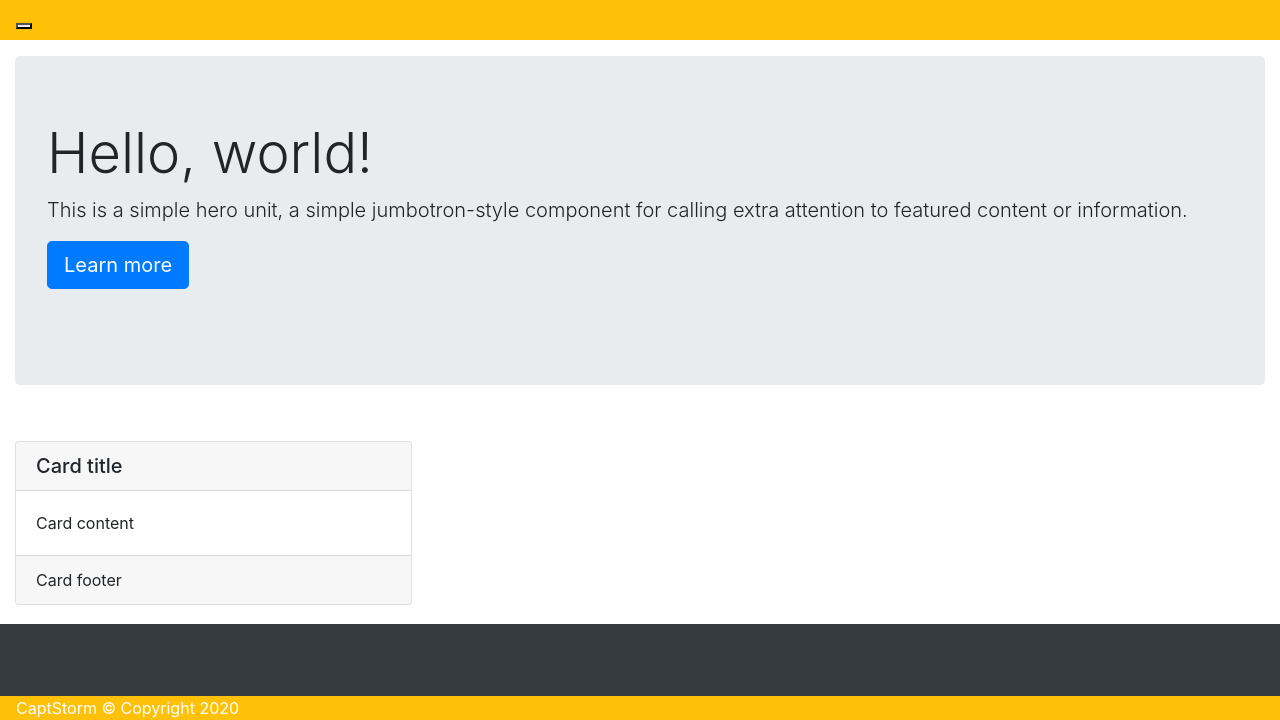
Repository: CaptainStorm21/complete-react16-bootstrap-passing-props
Page: /
These files come from the project's save history. The page is drawn as it stood at one moment and after a run of saves; the edit follows.
The browser window is 1280 px wide. The pictures show the whole page.
The project was rebuilt for these pictures with package versions that can differ from the ones it lists, and the page was loaded fresh each time.

Above is the page before, as saved 2020-04-23 13:58:58.

### public/index.html
<!DOCTYPE html>
<html lang="en">
<head>
  <title>Bootstrap Example</title>
  <meta charset="utf-8">
  <meta name="viewport" content="width=device-width, initial-scale=1">
  <link rel="stylesheet" href="https://maxcdn.bootstrapcdn.com/bootstrap/4.4.1/css/bootstrap.min.css">
  <script src="https://ajax.googleapis.com/ajax/libs/jquery/3.4.1/jquery.min.js"></script>
  <script src="https://cdnjs.cloudflare.com/ajax/libs/popper.js/1.16.0/umd/popper.min.js"></script>
  <script src="https://maxcdn.bootstrapcdn.com/bootstrap/4.4.1/js/bootstrap.min.js"></script>
</head>
<body>
<div id="root"></div>

</body>
</html>

### src/index.js
import React from 'react';
import ReactDOM from 'react-dom';
import './style.css';
import App from './App';
import * as serviceWorker from './serviceWorker';


ReactDOM.render(
  <React.StrictMode>
    <App />
  </React.StrictMode>,
  document.getElementById('root')
);

// If you want your app to work offline and load faster, you can change
// unregister() to register() below. Note this comes with some pitfalls.
// Learn more about service workers: https://bit.ly/CRA-PWA
serviceWorker.unregister();

### src/style.css




body {
  margin: 0;
  font-family: -apple-system, BlinkMacSystemFont, 'Segoe UI', 'Roboto', 'Oxygen',
    'Ubuntu', 'Cantarell', 'Fira Sans', 'Droid Sans', 'Helvetica Neue',
    sans-serif;
  -webkit-font-smoothing: antialiased;
  -moz-osx-font-smoothing: grayscale;
}

.footer {
  position: absolute;
  bottom: 0;
  width: 100%;
  height: 60px; /* Set the fixed height of the footer here */
  line-height: 60px; /* Vertically center the text there */
  background-color: purple;
}

### src/App.js
import React from "react";
import Main from "./components/Main";
import ContanerCard from "./components/ContainerCard";

import Header from "./components/layout/Header";
import Footer from "./components/layout/Footer";

function App() {
  return (
    <div>
      <Header />
      <div classNameName="container-fluid">
        <div className="col-lg-12 py-3">
          <Main />
        </div>
        <div className="container-fluid">
          <div className="row">
            <ContanerCard />
          </div>
        </div>
        <Footer />
      </div>
    </div>
  );
}

export default App;

### src/components/Main.js
import React from "react";

function Main() {
  return (
    <div className="jumbotron">
      <h1 className="display-4">Hello, world!</h1>
      <p className="lead">
        This is a simple hero unit, a simple jumbotron-style component for
        calling extra attention to featured content or information.
        <p className = "py-3">
        <a className="btn btn-primary btn-lg" href="#" role="button">
          Learn more
        </a>
        </p>
      </p>
    </div>
  );
}

export default Main;

### src/components/ContainerCard.js
import React from "react";

function ContainerCard() {
  return (
    <div className="col-md-4 col-lg-4 py-2">
    <div className="card">
      <h5 className="card-header">Card title</h5>
      <div className="card-body">
        <p className="card-text">Card content</p>
      </div>
      <div className="card-footer">Card footer</div>
    </div>
    </div>
  );
}

export default ContainerCard;

### src/components/layout/Header.js
import React from "react";
import Navbar from "./Navbar";

function Header() {
  return (
<nav className="navbar navbar-default bg-warning" role="navigation">
              <Navbar />
    </nav>
  );
}

export default Header;

### src/components/layout/Footer.js
import React from "react";

function Footer() {
  return (
    <footer className="bg-dark py-5 fixed-bottom ">
      <div className="container"></div>
      <div className="container-fluid">
        <div className="row bg-info">
        <div className="bg-warning fixed-bottom">
          <span className="p-3 text-white">
            CaptStorm &copy; Copyright 2020
          </span>
        </div>        </div>
      </div>
    </footer>
  );
}

export default Footer;

### src/components/layout/Navbar.js
import React from "react";
import "./Nav.css";

function Navbar() {
  return (
    <>
    <div className="navbar-header">
    <button type="button" className="navbar-toggle" data-toggle="collapse" data-target=".navbar-collapse">
      <span className="icon-bar"></span>
      <span className="icon-bar"></span>
      <span className="icon-bar"></span>
    </button>
  </div>
  <div className="navbar-collapse collapse">
    <ul className="nav navbar-nav">
      <li className="navbar-left"><a href="#">Left 1</a></li>
      <li className="navbar-left"><a href="#">Left 2</a></li>
      <li className="active"><a href="#">Center 1</a></li>
      <li><a href="#">Center 2</a></li>
      <li><a href="#">Center 3</a></li>
      <li className="navbar-right"><a href="#">Right 1</a></li>
      <li className="navbar-right"><a href="#">Right 2</a></li>
    </ul>
  </div>
  </>
)
}

export default Navbar;

### src/components/layout/Nav.css
@media (min-width: 768px) {
    .navbar-nav {
      width: 100%;
      text-align: center;
    }
    .navbar-nav > li {
      float: none;
      display: inline-block;
    }
    .navbar-nav > li.navbar-right {
      float: right !important;
    }
  }

Loaded but not shown: src/serviceWorker.js (common file)

After the next 3 saves:
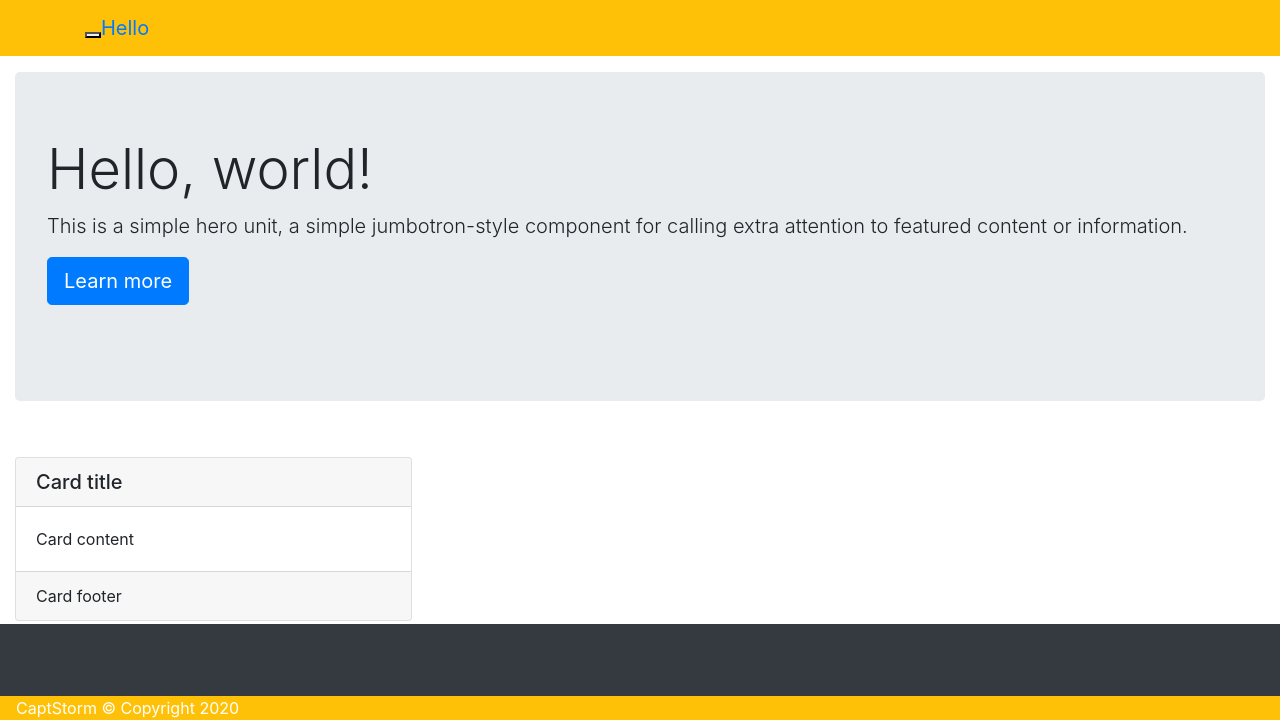
The 3 saves are shown as one change because 2 did not build or start.
The last was saved 99 s later.
--- a/src/components/layout/Navbar.js
+++ b/src/components/layout/Navbar.js
@@ -4,24 +4,28 @@ import "./Nav.css";
 function Navbar() {
   return (
     <>
-    <div className="navbar-header">
-    <button type="button" className="navbar-toggle" data-toggle="collapse" data-target=".navbar-collapse">
-      <span className="icon-bar"></span>
-      <span className="icon-bar"></span>
-      <span className="icon-bar"></span>
-    </button>
-  </div>
-  <div className="navbar-collapse collapse">
-    <ul className="nav navbar-nav">
-      <li className="navbar-left"><a href="#">Left 1</a></li>
-      <li className="navbar-left"><a href="#">Left 2</a></li>
-      <li className="active"><a href="#">Center 1</a></li>
-      <li><a href="#">Center 2</a></li>
-      <li><a href="#">Center 3</a></li>
-      <li className="navbar-right"><a href="#">Right 1</a></li>
-      <li className="navbar-right"><a href="#">Right 2</a></li>
-    </ul>
-  </div>
+ <div className="container">
+      <div className="navbar-header">
+        <button type="button" className="navbar-toggle" data-toggle="collapse" data-target=".navbar-ex1-collapse">
+          <span className="sr-only">Toggle navigation</span>
+          <span className="icon-bar"></span>
+          <span className="icon-bar"></span>
+          <span className="icon-bar"></span>
+        </button>
+        <a href="#/" className="navbar-brand">Hello</a>
+      </div>
+      <div className="collapse navbar-collapse navbar-ex1-collapse">
+
+        <ul className="nav navbar-nav navbar-right">
+          <li>
+            <div className="btn-group navbar-btn" role="group" aria-label="...">
+              <button type="button" className="btn btn-default" data-toggle="modal" data-target="#modalLogin">Se connecter</button>
+              <button type="button" className="btn btn-default" data-toggle="modal" data-target="#modalSignin">Créer un compte</button>
+            </div>
+          </li>
+        </ul>
+      </div>
+    </div>
   </>
 )
 }
